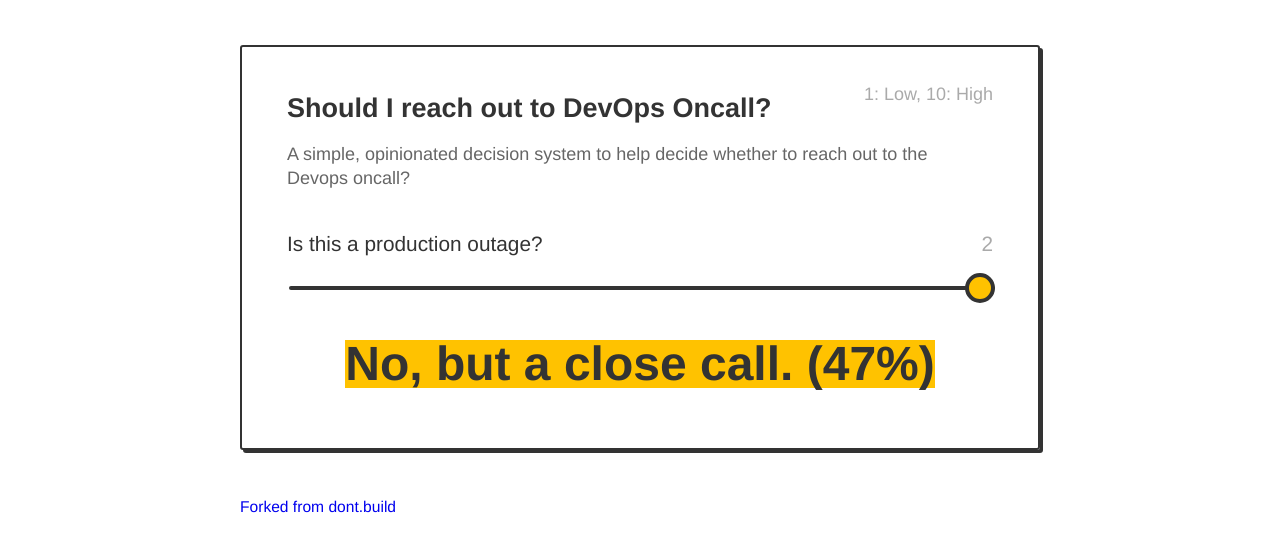
Repository: harishbsrinivas/dont.call
Page: index.html
An editor plug-in stored every save of this project. The page is shown before and after the next save, followed by the edit.
The browser window is 1280 px wide. The pictures show the whole page.

Above is the page before, as saved 2022-12-03 17:08:34.
Console error: TypeError: Cannot set properties of null (setting 'value')

### index.html
<!DOCTYPE html>
<html lang="en-US">

<head>
    <meta charset="utf-8" />
    <title>Should I reach out to the DevOps oncall?</title>
    <meta name="description"
        content="A simple, opinionated decision system to help decide whether to reach out to the Devops oncall?" />
    <link rel="shortcut icon" href="https://dont.build/favicon.png" />
    <meta property="og:image" content="https://dont.build/thumb.png">
    <meta name="viewport" content="width=device-width, initial-scale=1" />
    <link href="style.css?v=2" rel="stylesheet" type="text/css" />
</head>

<body>

    <div class="container">
        <section class="box">
            <p class="help">1: Low, 10: High</p>
            <h1 class="title">Should I reach out to DevOps Oncall?</h1>
            <p>A simple, opinionated decision system to help decide whether to reach out to the Devops oncall?</p>
            <br />
            <form class="form">
                <fieldset class="p-users">
                    <span class="value"></span>
                    <label>Is this a production outage?</label>
                    <input type="range" min="1" max="2" step="1" value="1" />
                </fieldset>
            </form>
            <h1 class="answer">
                <span><span class="bool"></span> (<span class="percent"></span>)</span>
            </h1>
        </section>

        <noscript>
            <h1>This page requires Javascript to function.</h1>
        </noscript>

        <footer><a href="https://github.com/knadh/dont.build">Forked from dont.build</a>
        </footer>
    </div>


    <script>
        (function () {
            const params = [
                { weight: 0.10, value: 5.5, negative: false, name: 'p-users', },
                { weight: 0.20, value: 5.5, negative: false, name: 'p-user-value', },
                { weight: 0.20, value: 5.5, negative: false, name: 'p-feature-value', },
                { weight: 0.15, value: 5.5, negative: true, name: 'p-effort', },
                { weight: 0.20, value: 5.5, negative: true, name: 'p-negative-impact', },
                { weight: 0.15, value: 5.5, negative: true, name: 'p-operational-complexity', },
            ]

            params.forEach((p, n) => {
                let net = 0;
                const inp = document.querySelector(`.${p.name} input`);

                inp.value = p.value;
                inp.oninput = (e) => {
                    const val = parseFloat(e.target.value, 64);
                    document.querySelector(`.${p.name} .value`).innerText = val;
                    p.value = val;

                    // Sum all weighted params.
                    const sum = params.reduce((prev, pm) => {
                        let v = pm.value;
                        if (pm.negative) {
                            v = 10 - v;
                        }

                        return prev + (v / 10 * pm.weight);
                    }, 0);

                    // Display the results.
                    document.querySelector(".answer .percent").innerText = `${(sum * 100).toFixed(0)}%`;

                    let b = 'Yes';
                    if (sum < 0.5 && sum > 0.46) {
                        b = `No, but a close call.`;
                    } else if (sum < 0.48) {
                        b = `No.`;
                    } else if (sum > 0.5 && sum < 0.54) {
                        b = `Yes, but a close call.`;
                    } else if (sum === 0.5) {
                        b = '50-50. Go with the gut.';
                    }
                    document.querySelector(".answer .bool").innerText = b;
                };

                inp.dispatchEvent(new Event('input'));
            });
        })();
    </script>

</body>

</html>

### style.css
:root {
    --primary: #ffc200;
    --secondary: #333;
}

* {
    box-sizing: border-box;
}

html, body {
    margin: 0;
}

body {
    font-family: 'Helvetica Neue', 'Segoe UI', Arial, sans-serif;
    font-size: 18px;
    line-height: 24px;
    color: var(--secondary);
    height: 100%;
    margin: 0;
    padding: 0;
}

h1, h2, h3 {
  line-height: 2rem;
}

a {
    text-decoration: none;
}

p {
  color: #666;
}

fieldset {
  padding: 0;
  margin: 0;
  border: 0;
}

input[type="range"] {
  -webkit-appearance: none;
  width: 100%;
  height: 4px;
  background: var(--secondary);
  border-radius: 3px;
}

input[type="range"]::-webkit-slider-thumb {
  -webkit-appearance: none;
  background: var(--primary);
  height: 30px;
  width: 30px;
  border-radius: 50%;
  cursor: pointer;
  border: 4px solid var(--secondary);
}

input[type="range"]::-moz-range-thumb {
  background: var(--primary);
  border-radius: 100%;
  height: 20px;
  width: 20px;
  cursor: pointer;
  border: 4px solid var(--secondary);
}

input[type=range]::-webkit-slider-runnable-track  {
  -webkit-appearance: none;
  box-shadow: none;
  border: none;
  background: transparent;
}


button {
    background: var(--primary);
    cursor: pointer;
    border-color: #000;
    padding: 10px 30px;
}
    button:hover {
        background: #aaa;
    }

.container {
    max-width: 800px;
    margin: 45px auto 30px auto;
}
.box {
    padding: 30px 45px;
    border: 1px solid #ddd;
    border-radius: 3px;
    border: 2px solid var(--secondary);
    box-shadow: 3px 3px 0px var(--secondary);
    margin-bottom: 45px;
}

.container .title {
  margin: 15px 0 0px 0;
}

.help {
  margin-top: 5px;
}

.form {
  clear: both;
}
.form fieldset {
  font-size: 1.3rem;
  margin-bottom: 45px;
}
  .form label {
    display: block;
    margin-bottom: 15px;
  }
  .form .value, .help {
    float: right;
    color: #aaa;
  }

.answer {
  text-align: center;
  margin: 30px 0;
  font-size: 3rem;
  line-height: 3rem;
}
  .answer span {
    display: inline-block;
    background: var(--primary);
  }

footer {
  margin: 30px auto;
  color: #999;
  font-size: 0.975rem;
}

@media (max-width: 800px) {
  .container {
    max-width: none;
    margin: 20px 30px 20px 20px;
    padding: 0;
  }
  .box {
    padding: 0;
    border: 0;
    box-shadow: none;
  }
  .help {
    float: none;
  }
  .form label {
    float: left;
    max-width: 90%;
  }
}


@media (max-width: 400px) {
  .form label {
    max-width: 70%;
  }
}

After the next save:
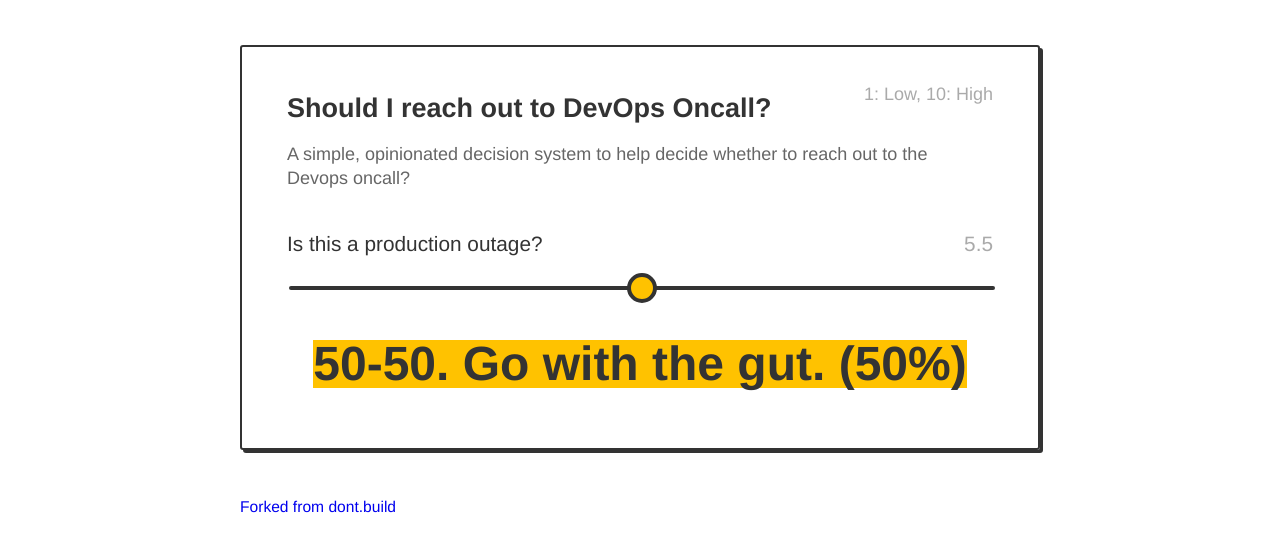
Saved 16 s later.
--- a/index.html
+++ b/index.html
@@ -24,7 +24,7 @@
                 <fieldset class="p-users">
                     <span class="value"></span>
                     <label>Is this a production outage?</label>
-                    <input type="range" min="1" max="2" step="1" value="1" />
+                    <input type="range" min="1" max="10" step="0.5" value="5.5" />
                 </fieldset>
             </form>
             <h1 class="answer">
